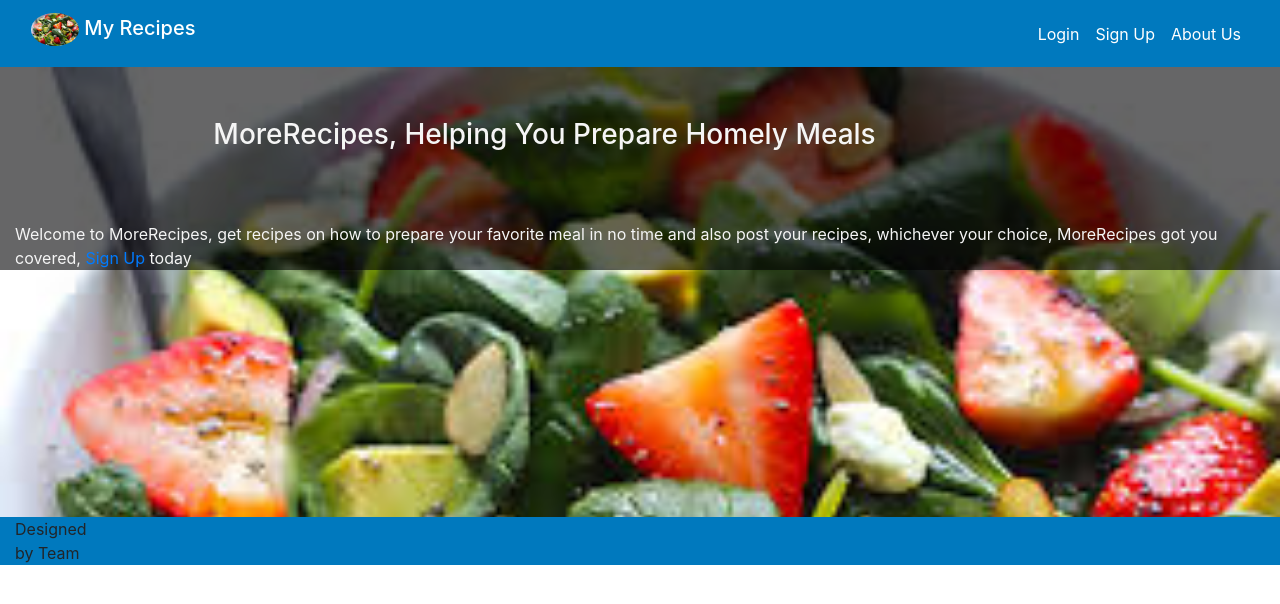
Repository: UggoPrince/more-recipes
Page: html/index.html
These files come from the project's save history. The page is drawn as it stood at one moment and after the next save; the edit follows.
The browser window is 1280 px wide. The pictures show the whole page.

Above is the page before, as saved 2018-07-30 07:03:25.

### html/index.html
<html lang="en">
<head>
  <meta charset="UTF-8">
  <meta name="viewport" content="width=device-width, initial-scale=1.0">
  <meta http-equiv="X-UA-Compatible" content="ie=edge">
  <link rel="stylesheet" href="https://maxcdn.bootstrapcdn.com/bootstrap/4.0.0/css/bootstrap.min.css" integrity="sha384-Gn5384xqQ1aoWXA+058RXPxPg6fy4IWvTNh0E263XmFcJlSAwiGgFAW/dAiS6JXm" crossorigin="anonymous"/>
  <style>
    main {
      background-color: rgba(0, 0, 3, 0.6);
      color: whitesmoke;
    }
    div#content {
      background-size: 100vw;
      background-repeat: no-repeat;
      background-image: url(../img/nav-image.jpg);
      background-size: cover;
      height: 450px;
      background-repeat: no-repeat;
    }
    nav {
      background-color: #0079be;
      color: white;
    }
    .nav-link {
      color: white;
    }
  </style>
  <title>My Recipes Homepage</title>
</head>
<body>
  <nav class="xnav navbar navbar-expand-lg">
    <div class="container-fluid">
      <h3 style="color: white;" class="navbar-brand">
        <img class="rounded-circle" src="../img/nav-image.jpg" style="width: 48px;" alt="logo"/>
        My Recipes
      </h3>
      <button class="navbar-toggler" type="button" data-toggle="collapse" aria-controls="navDropdown" aria-expanded="false" aria-label="Toggle Navigation" data-target="#navDropdown" >
        <span class="navbar-toggler-icon"></span>
      </button>
      <div class="collapse navbar-collapse justify-content-end brand-anchor" id="navDropdown">
        <ul class="navbar-nav">
          <li class="nav-item">
            <a class="nav-link" href="login.html">Login</a>
          </li>
          <li class="nav-item">
            <a class="nav-link" href="signup.html">Sign Up</a>
          </li>
          <li class="nav-item">
            <a class="nav-link" href="about.html">About Us</a>
          </li>
        </ul>
      </div>
    </div>
  </nav>
  <div id="content">
    <main class="container-fluid">
      <div class="row">
        <div class="offset-2 col-8;" style="margin-top: 4%;">
            <h3>MoreRecipes, Helping You Prepare Homely Meals</h3>
        </div>
      </div>
      <div style="padding-top: 5%">
          Welcome to MoreRecipes, get recipes on how to prepare your favorite meal in no time and also post your recipes, whichever your choice, MoreRecipes got you covered, <a href="signup.html">Sign Up</a> today
      </div>

    </main>
  </div>
  <footer class="container-fluid" style="background-color: #0079be;">
    <div class="row">
      <div class="col-1">Designed by Team</div>
    </div>
  </footer>
</body>
</html>

After the next save:
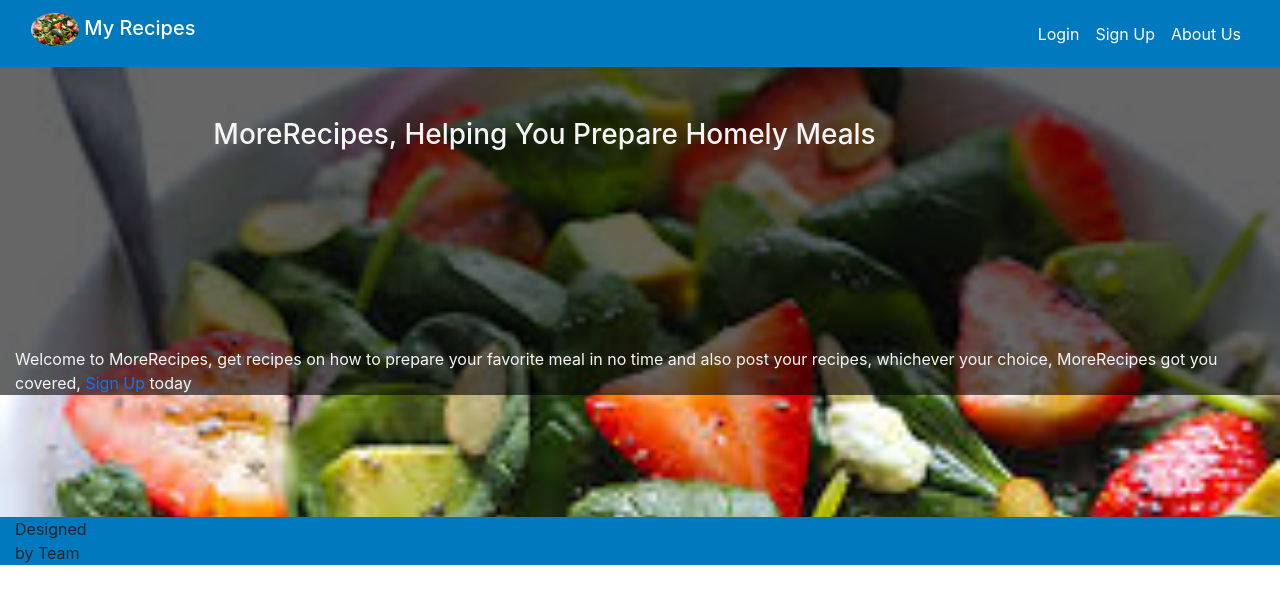
Saved 111 s later.
--- a/html/index.html
+++ b/html/index.html
@@ -59,7 +59,7 @@
             <h3>MoreRecipes, Helping You Prepare Homely Meals</h3>
         </div>
       </div>
-      <div style="padding-top: 5%">
+      <div style="padding-top: 5%; margin-top: 10%">
           Welcome to MoreRecipes, get recipes on how to prepare your favorite meal in no time and also post your recipes, whichever your choice, MoreRecipes got you covered, <a href="signup.html">Sign Up</a> today
       </div>
 

After the 2 saves that followed:
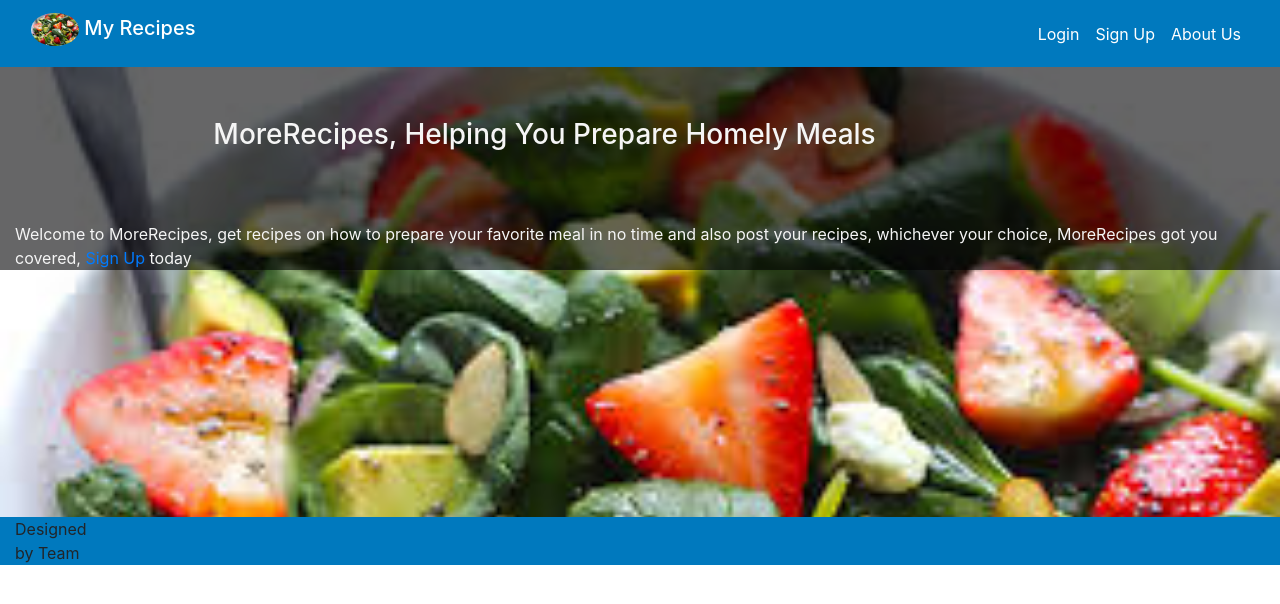
The 2 saves are shown as one change because 1 left the picture as it was.
The last was saved 21 s later.
--- a/html/index.html
+++ b/html/index.html
@@ -59,7 +59,7 @@
             <h3>MoreRecipes, Helping You Prepare Homely Meals</h3>
         </div>
       </div>
-      <div style="padding-top: 5%; margin-top: 10%">
+      <div style="padding-top: 5%;">
           Welcome to MoreRecipes, get recipes on how to prepare your favorite meal in no time and also post your recipes, whichever your choice, MoreRecipes got you covered, <a href="signup.html">Sign Up</a> today
       </div>
 
